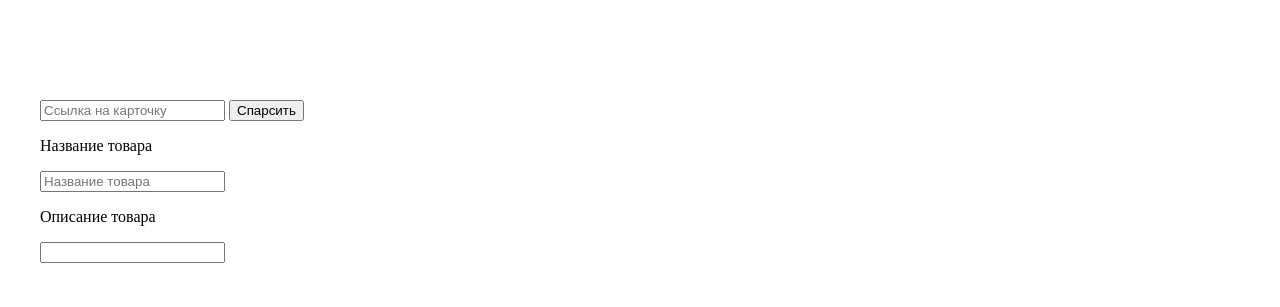
Repository: yozuul/wildberries-product-card-parser-api-exchange
Page: public/index.html
These files come from the project's save history. The page is drawn as it stood at one moment and after the next save; the edit follows.
The browser window is 1280 px wide. The pictures show the whole page.

Above is the page before, as saved 2021-08-18 17:32:56.

After the next save:
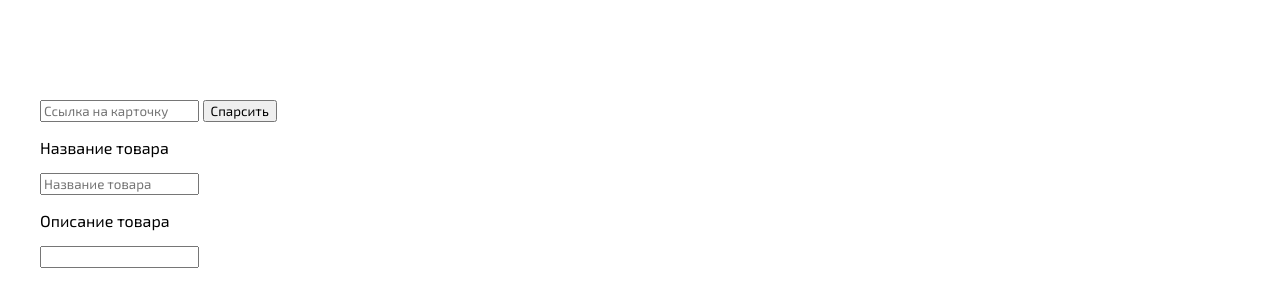
Saved 90 s later.
--- a/public/style.css
+++ b/public/style.css
@@ -1,3 +1,9 @@
+@import url('https://fonts.googleapis.com/css2?family=Exo+2&display=swap');
+
+* {
+   font-family: 'Exo 2', sans-serif;
+}
+
 body {
    padding: 0;
    margin: 0;
@@ -7,3 +13,7 @@ body {
    margin: auto;
    margin-top: 100px;
 }
+
+.productForm p {
+
+}
